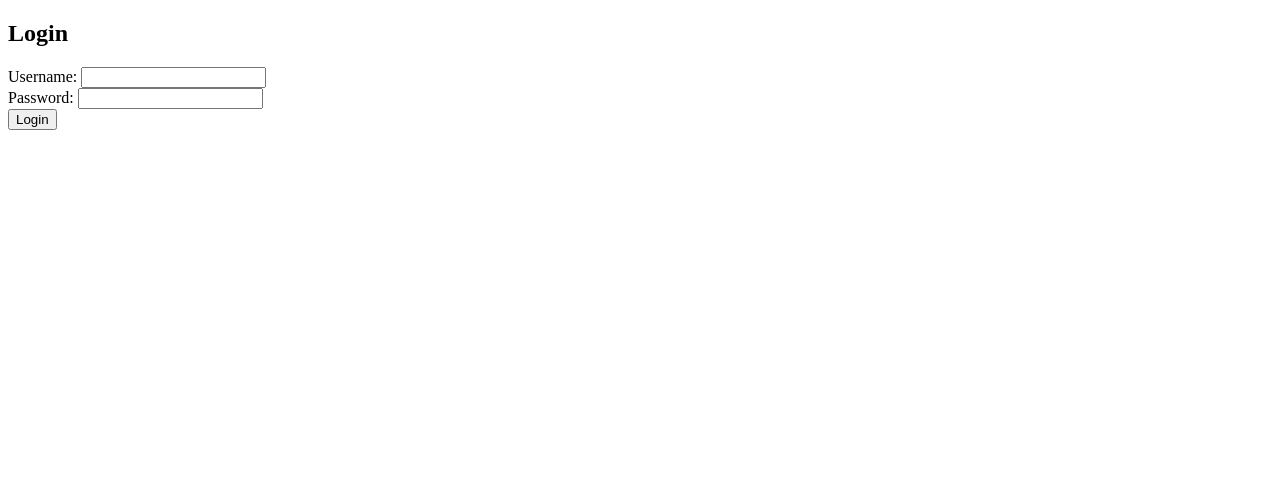
Repository: bigbodhiacademy/gBoard
Page: http://localhost/login.php
The author's editor kept a copy of each file at every save. The page is drawn from the files as they stood at one save, then again after the next save.
The browser window is 1280 px wide. The pictures show the whole page.
The page is run by PHP 8.4 with error messages shown; the project is at /var/www/html/.

Above is the page before, as saved 2023-04-24 16:16:41.

### login.php
<!DOCTYPE html>
<html lang="en">
<head>
    <meta charset="UTF-8">
    <title>Login</title>
</head>
<body>
    <h2>Login</h2>
    <form action="authenticate.php" method="POST">
        <label for="username">Username:</label>
        <input type="text" name="username" required>
        <br>
        <label for="password">Password:</label>
        <input type="password" name="password" required>
        <br>
        <button type="submit">Login</button>
    </form>
</body>
</html>

### header.php
<!DOCTYPE html>
<html lang="en">

<head>
    <meta charset="UTF-8">
    <meta name="viewport" content="width=device-width, initial-scale=1.0">
    <title>LeaderBoard</title>
    <link href="https://cdn.jsdelivr.net/npm/bootstrap@5.1.3/dist/css/bootstrap.min.css" rel="stylesheet">
    <link rel="stylesheet" href="https://maxcdn.bootstrapcdn.com/bootstrap/4.5.2/css/bootstrap.min.css">
    <script src="https://ajax.googleapis.com/ajax/libs/jquery/3.5.1/jquery.min.js"></script>
    <script src="https://cdnjs.cloudflare.com/ajax/libs/popper.js/1.16.0/umd/popper.min.js"></script>
    <script src="https://maxcdn.bootstrapcdn.com/bootstrap/4.5.2/js/bootstrap.min.js"></script>
    <link href="https://maxcdn.bootstrapcdn.com/font-awesome/4.7.0/css/font-awesome.min.css" rel="stylesheet" />

    <link rel="stylesheet" href="styles.css">
    <script src="scripts.js"></script>
</head>

<body>
    <nav class="navbar navbar-expand-lg navbar-light bg-light">
        <div class="container-fluid">
            <a class="navbar-brand" href="index.php">LeaderBoard</a>
            <button class="navbar-toggler" type="button" data-bs-toggle="collapse" data-bs-target="#navbarNav" aria-controls="navbarNav" aria-expanded="false" aria-label="Toggle navigation">
                <span class="navbar-toggler-icon"></span>
            </button>
            <div class="collapse navbar-collapse" id="navbarNav">
                <ul class="navbar-nav">
                    <li class="nav-item">
                        <a class="nav-link" href="dashboard.php">Dashboard</a>
                    </li>
                    <li class="nav-item">
                        <a class="nav-link" href="leaderboard.php">Leaderboard</a>
                    </li>
                    <li class="nav-item">
                        <a class="nav-link" href="add_score.php">Add Score</a>
                    </li>
                    <li class="nav-item">
                        <a class="nav-link" href="list_students.php">List Students</a>
                    </li>
                    <li class="nav-item">
                        <a class="nav-link" href="add_student.php">Add Student</a>
                    </li>
                    <li class="nav-item">
                        <a class="nav-link" href="add_school_course.php">Add Course & School</a>
                    </li>
                    <li class="nav-item">
                        <a class="nav-link" href="logout.php">Logout</a>
                    </li>



                </ul>
            </div>
        </div>
    </nav>

### footer.php
<script src="https://code.jquery.com/jquery-3.6.0.min.js"></script>
    <script src="https://cdn.jsdelivr.net/npm/@popperjs/core@2.11.6/dist/umd/popper.min.js"></script>
    <script src="https://cdn.jsdelivr.net/npm/bootstrap@5.1.3/dist/js/bootstrap.min.js"></script>
    <script src="script.js"></script>
</body>

</html>

### styles.css
body {
    font-family: 'Roboto', sans-serif;
    background-color: #f5f5f5;
}

.container {
    max-width: 1200px;
    margin: 0 auto;
    padding: 50px 20px;
}

h2 {
    font-weight: 500;
    margin-bottom: 30px;
}

.btn {
    border-radius: 5px;
}

.navbar {
    border-bottom: 1px solid #e0e0e0;
}

.nav-link {
    font-size: 14px;
    font-weight: 500;
}

.form-group {
    margin-bottom: 20px;
}

.table {
    background-color: #fff;
    border-radius: 5px;
}

.table thead {
    background-color: #f5f5f5;
}
.stars {
    font-size: 24px;
    color: gray;
    display: inline-block;
    position: relative;
    padding: 0;
    cursor: pointer;
}

.stars:before {
    /*content: '\f006 \f006 \f006 \f006 \f006';*/
    font-family: FontAwesome;
}

.stars>input {
    display: none;
}

.stars:hover:before,
.stars:hover ~ .stars:before,
.stars input:checked ~ .stars:before {
    color: gold;
    text-shadow: 0 0 5px rgba(255, 215, 0, 0.8);
}

### script.js
document.querySelectorAll(".stars").forEach((starsWrapper) => {
    starsWrapper.addEventListener("click", (event) => {
      if (event.target.tagName === "LABEL") {
        const starIndex = Array.from(starsWrapper.children).indexOf(event.target);
        const input = starsWrapper.previousElementSibling;
        input.value = 5 - starIndex;
      }
    });
  });

After the next save:
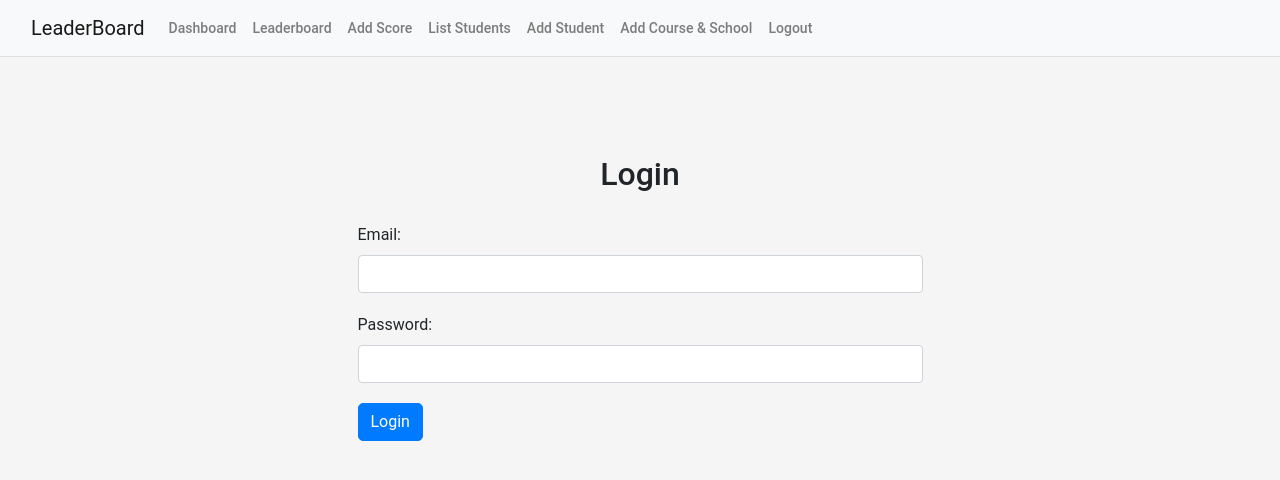
Not found: scripts.js
Saved 116 s later.
--- a/login.php
+++ b/login.php
@@ -1,19 +1,41 @@
+<?php
+session_start();
+if (isset($_SESSION['user'])) {
+    header('Location: dashboard.php');
+    exit();
+}
+?>
+
 <!DOCTYPE html>
 <html lang="en">
 <head>
     <meta charset="UTF-8">
     <title>Login</title>
+    <!-- Add Bootstrap CSS -->
+    <link rel="stylesheet" href="https://maxcdn.bootstrapcdn.com/bootstrap/4.5.2/css/bootstrap.min.css">
 </head>
 <body>
-    <h2>Login</h2>
-    <form action="authenticate.php" method="POST">
-        <label for="username">Username:</label>
-        <input type="text" name="username" required>
-        <br>
-        <label for="password">Password:</label>
-        <input type="password" name="password" required>
-        <br>
-        <button type="submit">Login</button>
-    </form>
+    <?php include 'header.php'; ?>
+
+    <div class="container mt-5">
+        <h2 class="text-center">Login</h2>
+        <div class="row justify-content-center">
+            <div class="col-md-6">
+                <form action="login_process.php" method="POST">
+                    <div class="form-group">
+                        <label for="email">Email:</label>
+                        <input type="email" class="form-control" name="email" required>
+                    </div>
+                    <div class="form-group">
+                        <label for="password">Password:</label>
+                        <input type="password" class="form-control" name="password" required>
+                    </div>
+                    <button type="submit" class="btn btn-primary">Login</button>
+                </form>
+            </div>
+        </div>
+    </div>
+
+    <?php include 'footer.php'; ?>
 </body>
 </html>
